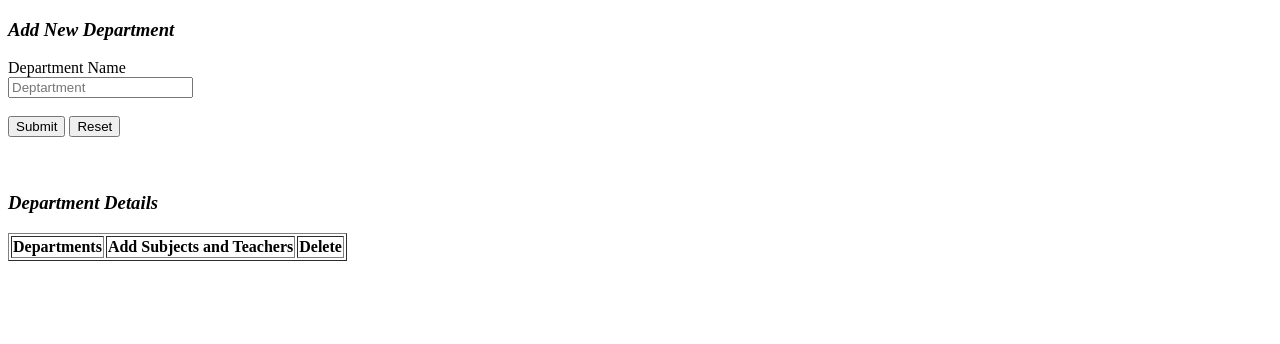
Repository: shubhamsingh331/Learners_Academy
Page: http://localhost/LearnersAcademy/Department/Department.jsp
An editor plug-in stored every save of this project. The page is shown before and after the next save, followed by the edit.
The browser window is 1280 px wide. The pictures show the whole page.
The page is served by Tomcat 9. Other server files are loaded and not shown.

Above is the page before, as saved 2023-10-11 09:52:22.

### LearnersAcademy/src/main/webapp/Department/Department.jsp
<%@page import="java.sql.ResultSet"%>
<%@page import="java.sql.PreparedStatement"%>
<%@page import="java.sql.DriverManager"%>
<%@page import="java.sql.Connection"%>
<%@ page language="java" contentType="text/html; charset=ISO-8859-1"
    pageEncoding="ISO-8859-1"%>
<!DOCTYPE html>
<html>
<head>
<meta charset="ISO-8859-1">
<title>Insert title here</title>
</head>
<body>
<h3><i>Add New Department</i></h3>
<form action="Assign.jsp" method="post">
Department Name<br>
<input type="text" placeholder="Deptartment" name="dept"><br><br>
<input type="submit" value="Submit">
<input type="reset" value="Reset">
</form>
<br>
<br>
<%@include file="display.jsp" %>
</body>
</html>

### LearnersAcademy/src/main/webapp/Department/display.jsp
<%@page import="java.sql.ResultSet"%>
<%@page import="java.sql.PreparedStatement"%>
<%@page import="java.sql.DriverManager"%>
<%@page import="java.sql.Connection"%>
<%@ page language="java" contentType="text/html; charset=ISO-8859-1"
    pageEncoding="ISO-8859-1"%>
<!DOCTYPE html>
<html>
<head>
<meta charset="ISO-8859-1">
<title>Insert title here</title>
</head>
<body>
<h3><i>Department Details</i></h3>
<table border="1">
<tr><th>Departments</th><th>Add Subjects and Teachers</th><th>Delete</th></tr>
<%
String jdbcUrl = "jdbc:mysql://localhost:3306/StudentManagement1";
String dbUsername = "root";
String dbPassword = "123456";

    Class.forName("com.mysql.cj.jdbc.Driver");
    Connection conn = DriverManager.getConnection(jdbcUrl, dbUsername, dbPassword);
    String sql = "show tables";
    PreparedStatement ps = conn.prepareStatement(sql);
    ResultSet rs = ps.executeQuery();
    while(rs.next()){
    	%>
    	<tr><td><%=rs.getString(1) %></td><td><a href="Edit.jsp?dept=<%=rs.getString(1)%>">Subjects & Teachers</a></td><td><a href="Delete.jsp?dept=<%=rs.getString(1)%>">Delete</a></td></tr>
<%}%>

    </table>
</body>
</html>

After the next save:
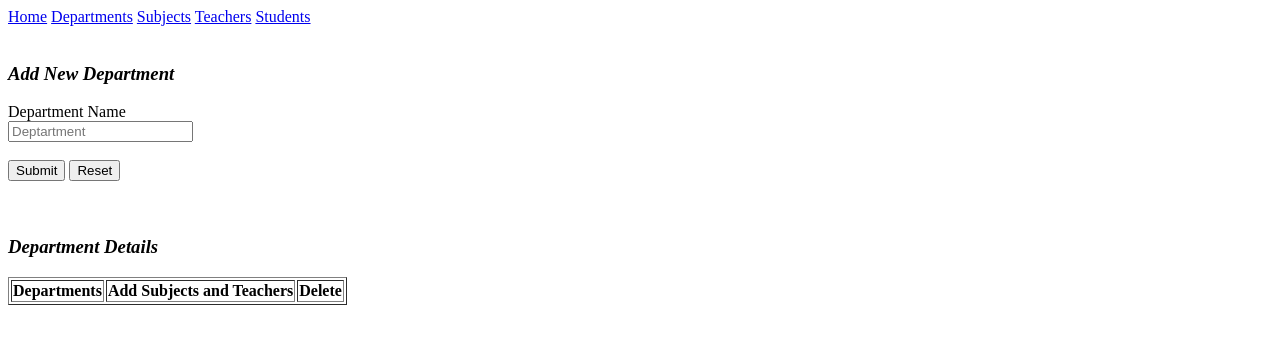
Saved 56 s later.
--- a/LearnersAcademy/src/main/webapp/Department/Department.jsp
+++ b/LearnersAcademy/src/main/webapp/Department/Department.jsp
@@ -11,6 +11,13 @@
 <title>Insert title here</title>
 </head>
 <body>
+<div class="topnav">
+  <a class="active" href="Homepage.jsp">Home</a>
+  <a href="Department.jsp">Departments</a>
+  <a href="Subjects/Subject.jsp">Subjects</a>
+  <a href="Teachers/Teachers.jsp">Teachers</a>
+  <a href="Students/Students.jsp">Students</a>
+</div><br>
 <h3><i>Add New Department</i></h3>
 <form action="Assign.jsp" method="post">
 Department Name<br>
